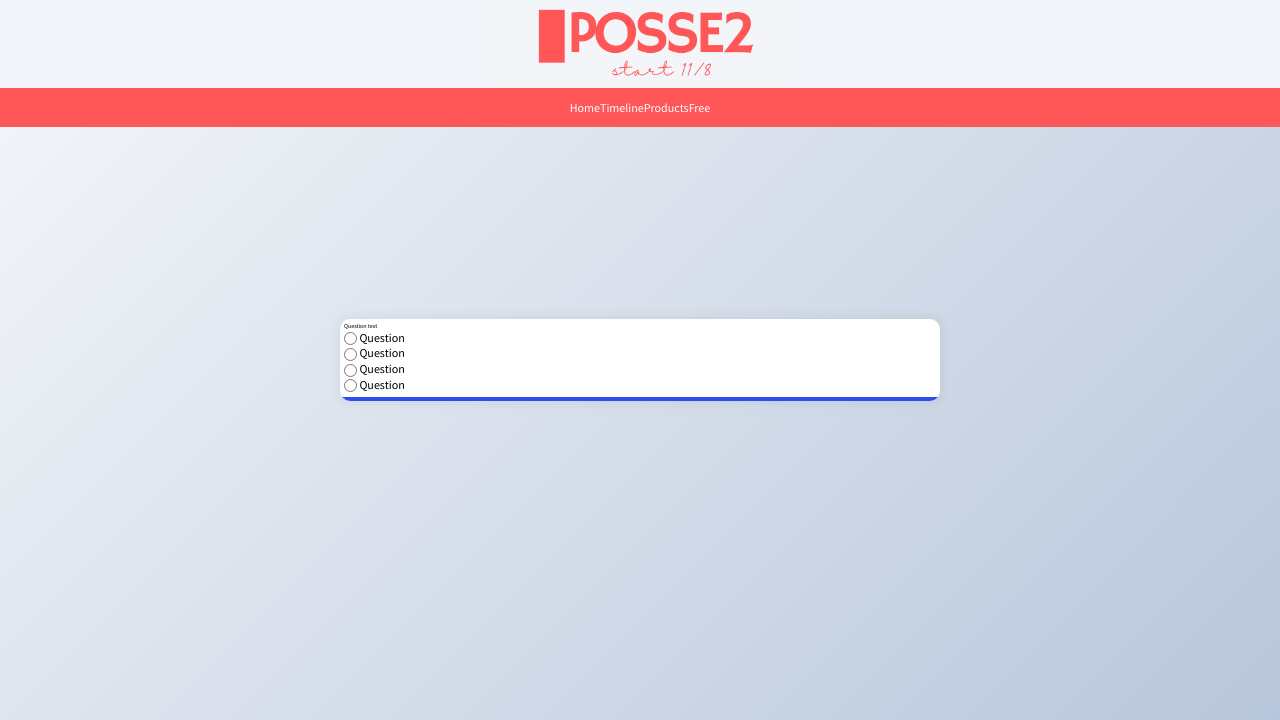
Repository: posse-ap/posse2-hackathon-202202-team2B
Page: src/html/top.html
These files come from the project's save history. The page is drawn as it stood at one moment and after a run of saves; the edit follows.
The browser window is 1280 px wide. The pictures show the whole page.
The style sheet was rebuilt from its Sass, Less or Tailwind sources for each picture, by a compiler version that may differ from the author's.

Above is the page before, as saved 2022-02-14 19:05:27.
Console error: SyntaxError: Cannot use import statement outside a module

### src/html/top.html
<!DOCTYPE html>
<html lang="ja">
<head>
    <meta charset="UTF-8">
    <meta http-equiv="X-UA-Compatible" content="IE=edge">
    <meta name="viewport" content="width=device-width, initial-scale=1.0">
    <title>トップページ</title>
    <link rel="stylesheet" href="/src/reset.css">
    <link rel="stylesheet" href="../css/top.css">
</head>
<body>
    <header>
        <h1 class="logo">
            <a href="#" ><img src="/src/image/10.png" alt="Travel Blog"></a>
        </h1>
        <ul>
            <div class="lists">
                <li><a href="" class="list hover_action">Home</a></li>
                <li><a href="" class="list hover_action">Timeline</a></li>
                <li><a href="" class="list hover_action">Products</a></li>
                <li><a href="" class="list hover_action">Free</a></li>
            </div>
        </ul>
    </header>

<!-- クイズ -->
    <div id="quiz-container">
        <div id="quiz-header">
          <h2 id="question">Question text</h2>

          <form id="quiz-form" name="quizForm">
            <ul>
              <li>
                <input type="radio" id="a" name="answer" value="a" />
                <label id="a-text" for="a">Question</label>
              </li>
              <li>
                <input type="radio" id="b" name="answer" value="b" />
                <label id="b-text"  for="b">Question</label>
              </li>
              <li>
                <input type="radio" id="c" name="answer" value="c" />
                <label id="c-text"  for="c">Question</label>
              </li>
              <li>
                <input type="radio" id="d" name="answer" value="d" />
                <label id="d-text"  for="d">Question</label>
              </li>
            </ul>
          </form>
        </div>

        <button id="submit">回答する</button>

        <!-- 結果表示用の要素 -->
        <div id="results-container">
          <div id="results-header">
            <h2 id="results"></h2>
            <button id="next-quiz">次の問題へ</button>
          </div>
        </div>
      </div>

      <script src="index.js"></script>
</body>
    </html>

### src/js/index.js
// クイズデータを読み込む
import { quizDataJp } from './quiz_data_jp.js';

// 問題文
const questionElm = document.getElementById('question');

// 選択肢
const a_text = document.getElementById('a-text');
const b_text = document.getElementById('b-text');
const c_text = document.getElementById('c-text');
const d_text = document.getElementById('d-text');

// 回答送信ボタン
const submitBtn = document.getElementById('submit');

// 現在の問題
let currentQuiz = 0;

// 現在のスコア
let score = 0;

// 次の問題へ進むボタン
const nextQuizBtn = document.getElementById('next-quiz');

// 結果表示用の要素
const quizHeaderElm = document.getElementById('quiz-header');
const resultsConElm = document.getElementById('results-container');
const resultsElm = document.getElementById('results');

loadQuiz();

// 問題を読み込む
function loadQuiz() {
  // 問題を取得
  const currentQuizData = quizDataJp[currentQuiz];

  // 質問文を表示
  questionElm.innerText = currentQuizData.question;

  // 選択肢を表示
  a_text.innerText = currentQuizData.a;
  b_text.innerText = currentQuizData.b;
  c_text.innerText = currentQuizData.c;
  d_text.innerText = currentQuizData.d;
}

// 回答を取得
function getAnswered() {

  // 選択したラジオボタンのvalueを返す
  return document.quizForm.answer.value;
}

// 結果表示
function showResults(results) {
  quizHeaderElm.style.display = 'none';
  submitBtn.style.display = 'none';
  resultsConElm.style.display = 'block';
  resultsElm.innerText = results;
}

// 次の問題を表示
function showQuiz() {
  quizHeaderElm.style.display = 'block';
  submitBtn.style.display = 'block';
  resultsConElm.style.display = 'none';
}

// 採点
function checkScore() {
  if (score == quizDataJp.length) {
    return '全問正解！おめでとう！';
  } else {
    return '曲を聞いてもう一回挑戦しよう！';
  }
}

submitBtn.addEventListener('click', event => {
  event.preventDefault();

  // 回答を取得
  const answer = getAnswered();

  // 回答している
  if(answer) {

    // 正誤判定
    if (answer === quizDataJp[currentQuiz].correct) {
      showResults('正解！');
      score++;
    } else {
      showResults('残念...');
    }

    // ラジオボタンの選択を解除する
    document.getElementById(answer).checked = false;
  }
});

nextQuizBtn.addEventListener('click', event => {
  event.preventDefault();

  // 次の問題へ進む
  currentQuiz++;

  // まだ問題が残っている
  if (currentQuiz < quizDataJp.length) {
    // 次の問題を読み込む
    loadQuiz();

    // 問題を表示する
    showQuiz();

  // 全ての問題に回答した
  } else {
    alert(checkScore());
    window.location.reload();
  }
});

### src/sass/top-sass/top.scss
html{
    font-size: 6.25%;
}

body{
background-color: aqua;

}

// ヘッダー
header{
    height:1.07rem;
    position: fixed;
    width: 100%;
    top:0;
    z-index: 1;
}

a{
    cursor: pointer;
}

.logo {
    height: 88.0rem;
    background-color: #F2F5F9;
    width: 100%;
    text-align: center;
    // margin:0 120rem;
    padding:8rem 0rem 0rem 0rem;
}

header img{
    height: 80rem;
    width: 300rem;
    object-fit: cover;
}

header ul{
    height: 39rem;
    background-color: #FF5757;
    color: white;
    display: flex;
    font-size: 12.63rem;
}

.lists{
    // margin: 0 135rem;
    display: flex;
    margin: 0 auto;
    text-align: center;
    align-items: center;
}

header li{
    list-style-type: none;
    display: inline-block;
    margin:0 38rem;
    text-align: center;
    font-size: 16.63rem;
}

.list{
    color: white;
}

.hover_action{
    position: relative;
}
.hover_action::after {
    position: absolute;
    bottom: -4px;
    left: 0;
    content: '';
    width: 100%;
    height: 2px;
    padding-bottom: 1px;
    background: white;
    transform: scale(0, 1);
    transform-origin: left top;
    transition: transform .3s;
  }
  .hover_action:hover::after {
    transform: scale(1, 1);
  }

// クイズ
@import url('https://fonts.googleapis.com/css2?family=Source+Sans+Pro&display=swap');

* {
  box-sizing: border-box;
}

body {
  background-color: #b8c6db;
  background-image: linear-gradient(315deg, #b8c6db 0%, #f5f7fa 100%);
  display: flex;
  align-items: center;
  justify-content: center;
  font-family: 'Source Sans Pro', sans-serif;
  margin: 0;
  min-height: 100vh;
}

#quiz-container {
  background-color: white;
  border-radius: 10px;
  box-shadow: 0 0 10px 2px rgba(100, 100, 100, 0.1);
  overflow: hidden;
  width: 600px;
  max-width: 100%;
  display: unset;
}

#quiz-header {
  padding: 4rem;
}

h2 {
  margin: 0;
}

ul {
  list-style-type: none;
  padding: 0;
}

ul li {
  font-size: 12rem;
  margin: 1rem 0;
}

ul li input {
  cursor: pointer;
}

ul li label {
  cursor: pointer;
}

button {
  background-color: #304dec;
  border: none;
  color: white;
  cursor: pointer;
  display: block;
  font-family: inherit;
  font-size: 1.1rem;
  width: 100%;
  padding: 1.3rem;
}

button:hover {
  background-color: #233bc4;
}

#results-container {
  display: none;
  align-items: center;
}

#results-header {
  text-align: center;
  justify-content: center;
}

#results {
  padding: 2rem 0;
}


@media(max-width:600px) {
    header .lists{
    /* 横スクロールを表示 */
    overflow-x: scroll;
    margin: 0;
    white-space: nowrap;
    }

    header  li{
        margin: 0rem;
        padding: 10rem 60rem 10rem 0;
    }

    .logo{
        margin: 0;
    }

    header ul{
        display: block;
        padding: 0 16rem;
    }
}

Loaded but not shown: src/reset.css (common file)

After the next 2 saves:
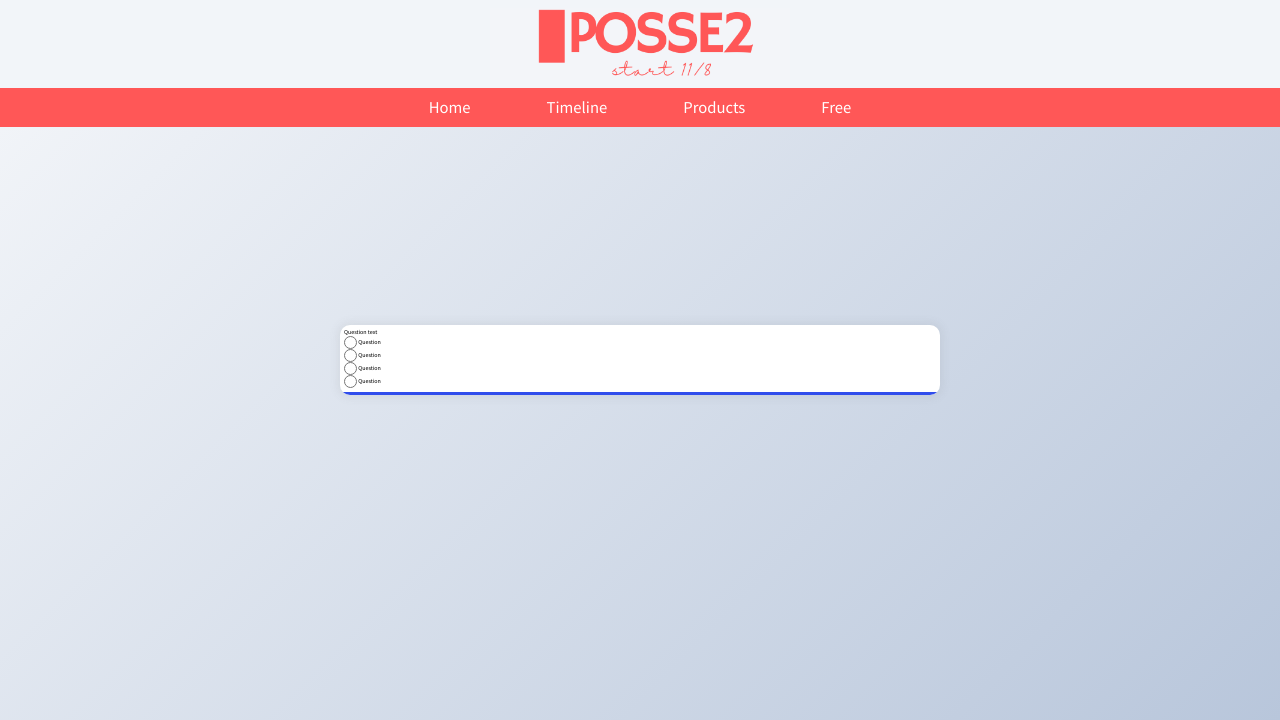
The 2 saves are shown as one change because they came seconds apart.
The last was saved 9 s later.
--- a/src/sass/top-sass/top.scss
+++ b/src/sass/top-sass/top.scss
@@ -125,8 +125,8 @@
 }
 
 ul li {
-  font-size: 12rem;
-  margin: 1rem 0;
+//   font-size: 1.2rem;
+//   margin: 1rem 0;
 }
 
 ul li input {
